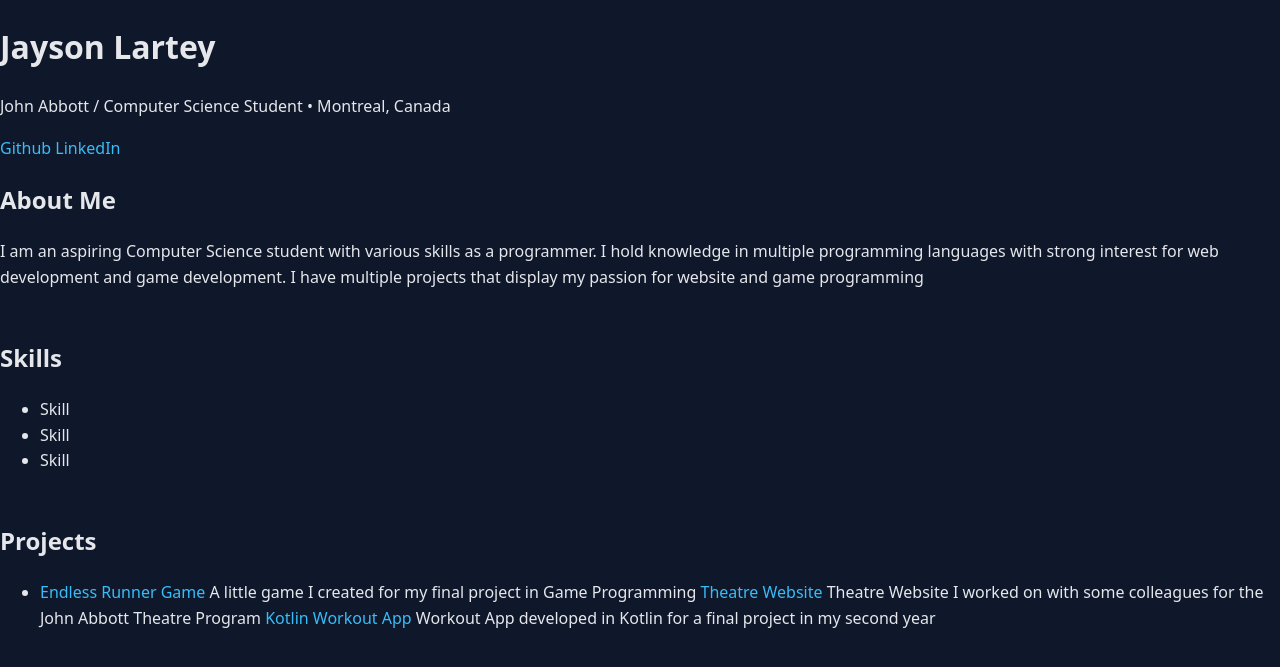
Repository: jaysonlartey/jaysonlartey.github.io
Page: index.html
The author's editor kept a copy of each file at every save. The page is drawn from the files as they stood at one save, then again after the next save.
The browser window is 1280 px wide. The pictures show the whole page.

Above is the page before, as saved 2025-12-12 18:31:03.

### index.html
<!DOCTYPE html>
<html lang="en">
<head>
    <meta charset="UTF-8">
    <meta name="viewport" content="width=device-width, initial-scale=1.0">
    <title>Jayson Lartey - Portfolio</title>
    <link rel="stylesheet" href="style.css"/>
</head>
<body>
    <header>
        <h1>Jayson Lartey</h1>
        <p>John Abbott / Computer Science Student • Montreal, Canada</p>
        <p>
            <a href="https://github.com/jaysonlartey">Github</a>
            <a href="https://www.linkedin.com/in/jayson-lartey/">LinkedIn</a>
        </p>
    </header>

    <main>
        <section>
            <h2>About Me</h2>
            <p>I am an aspiring Computer Science student with various skills as a programmer.
                I hold knowledge in multiple programming languages with strong interest for web development and game development.
                I have multiple projects that display my passion for website and game programming
            </p>
        </section>

        <section>
            <h2>Skills</h2>
            <ul>
                <li>Skill</li>
                <li>Skill</li>
                <li>Skill</li>
            </ul>
        </section>

        <section>
            <h2>Projects</h2>
            <ul>
                <li>
                    <a href="https://github.com/jaysonlartey/Endless-Runner-Game">Endless Runner Game</a> A little game I created for my final project in Game Programming
                    <a href="https://github.com/jaysonlartey/Theatre-App">Theatre Website</a> Theatre Website I worked on with some colleagues for the John Abbott Theatre Program
                    <a href="https://github.com/jaysonlartey/Workout-App">Kotlin Workout App</a> Workout App developed in Kotlin for a final project in my second year
            </ul>
        </section>
    </main>
</body>
</html>

### style.css
:root {
  --bg: #0f172a;
  --fg: #e5e7eb;
  --accent: #38bdf8;
  --muted: #94a3b8;
}

* { box-sizing: border-box; }

body {
  margin: 0;
  font-family: system-ui, -apple-system, Segoe UI, Roboto, sans-serif;
  background: var(--bg);
  color: var(--fg);
  line-height: 1.6;
}

.container {
  max-width: 960px;
  padding: 2rem 1rem;
  margin: 0 auto;
}

section {
  margin-bottom: 3rem;
}

a {
  color: var(--accent);
  text-decoration: none;
}

a:hover {
  text-decoration: underline;
}

After the next save:
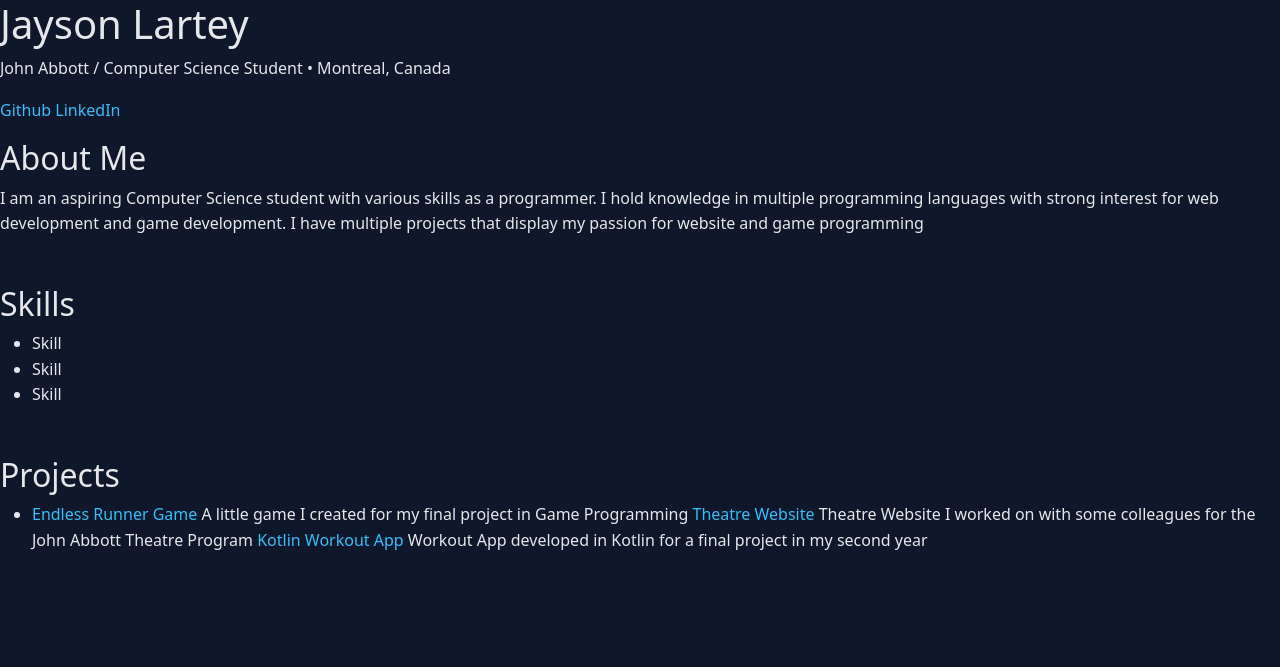
Saved 9 min 25 s later.
--- a/index.html
+++ b/index.html
@@ -4,6 +4,7 @@
     <meta charset="UTF-8">
     <meta name="viewport" content="width=device-width, initial-scale=1.0">
     <title>Jayson Lartey - Portfolio</title>
+    <link href="https://cdn.jsdelivr.net/npm/bootstrap@5.3.3/dist/css/bootstrap.min.css" rel="stylesheet">
     <link rel="stylesheet" href="style.css"/>
 </head>
 <body>
